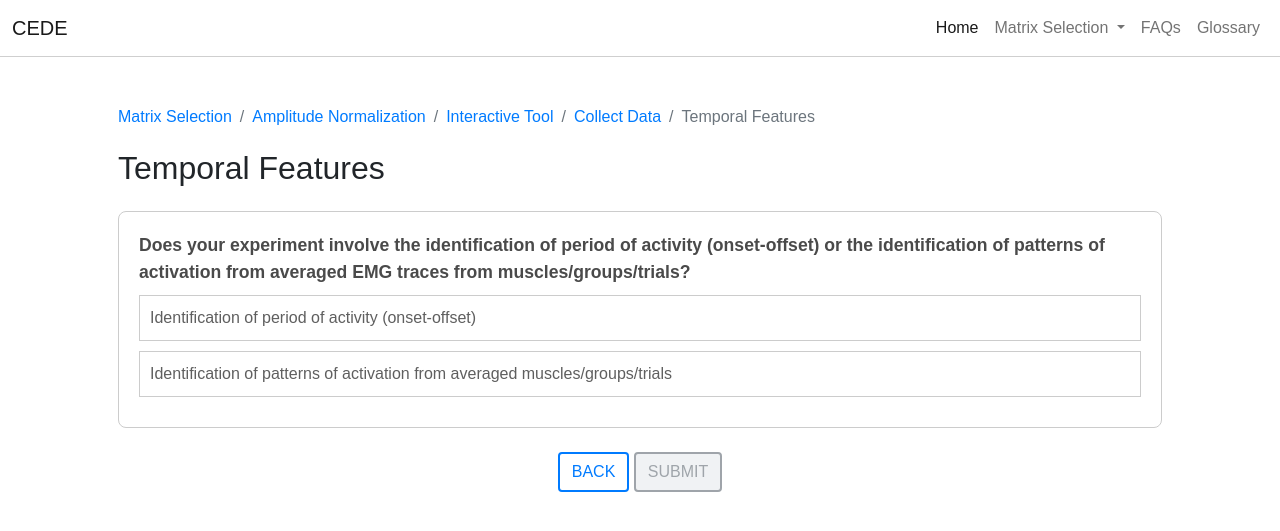
Repository: devashrisamani/CEDE-Website
Page: website/tempfeatures.html
These files come from the project's save history. The page is drawn as it stood at one moment and after the next save; the edit follows.
The browser window is 1280 px wide. The pictures show the whole page.

Above is the page before, as saved 2024-09-10 00:53:49.

After the next save:
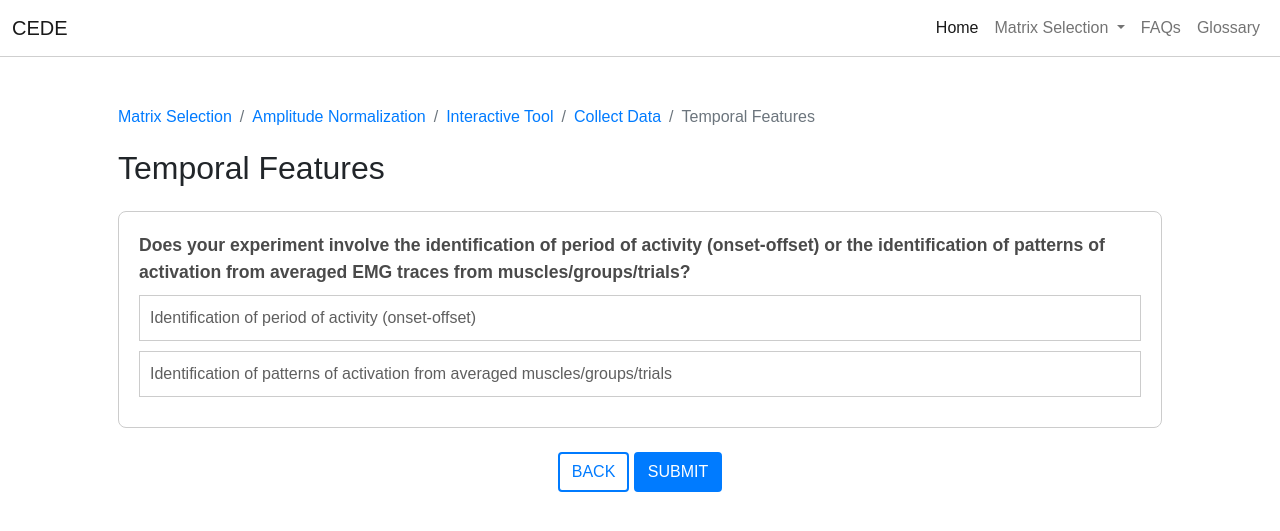
Saved 2 min 44 s later.
--- a/website/tempfeatures.html
+++ b/website/tempfeatures.html
@@ -218,7 +218,7 @@
             type="button"
             class="btn"
             id="submit-button"
-            disabled
+            di
             onclick="getRecommendation()"
           >
             Submit

After the save that followed:
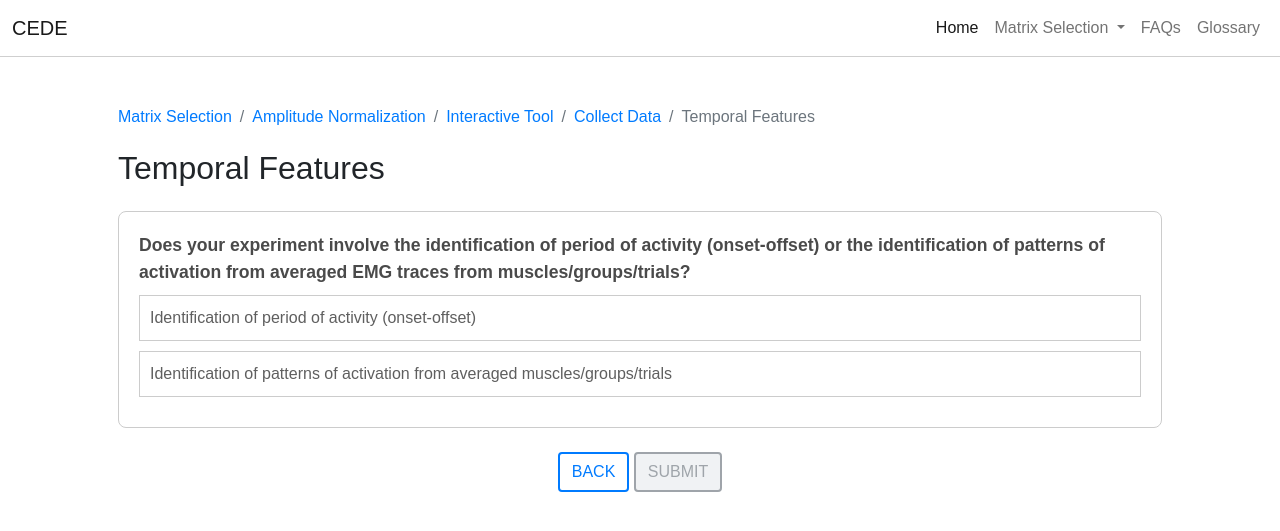
Saved 13 s later.
--- a/website/tempfeatures.html
+++ b/website/tempfeatures.html
@@ -218,7 +218,7 @@
             type="button"
             class="btn"
             id="submit-button"
-            di
+            disabled
             onclick="getRecommendation()"
           >
             Submit
